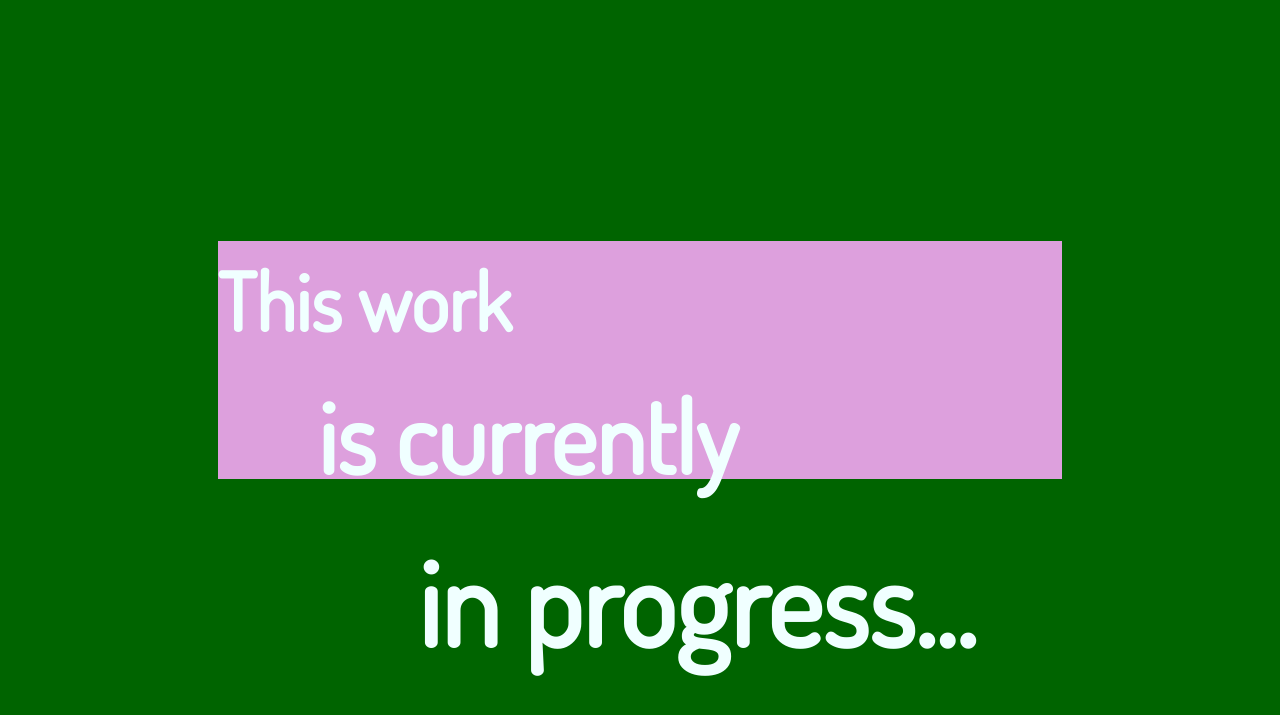
Repository: NollieChtn6/NollieChtn6.github.io
Page: index.html
An editor plug-in stored every save of this project. The page is shown before and after a run of saves, followed by the edit.
The browser window is 1280 px wide. The pictures show the whole page.

Above is the page before, as saved 2023-11-10 18:23:43.
Not found: css/assets/jakob-braun-NpeFMd8FseU-unsplash.jpg

After the next 2 saves:
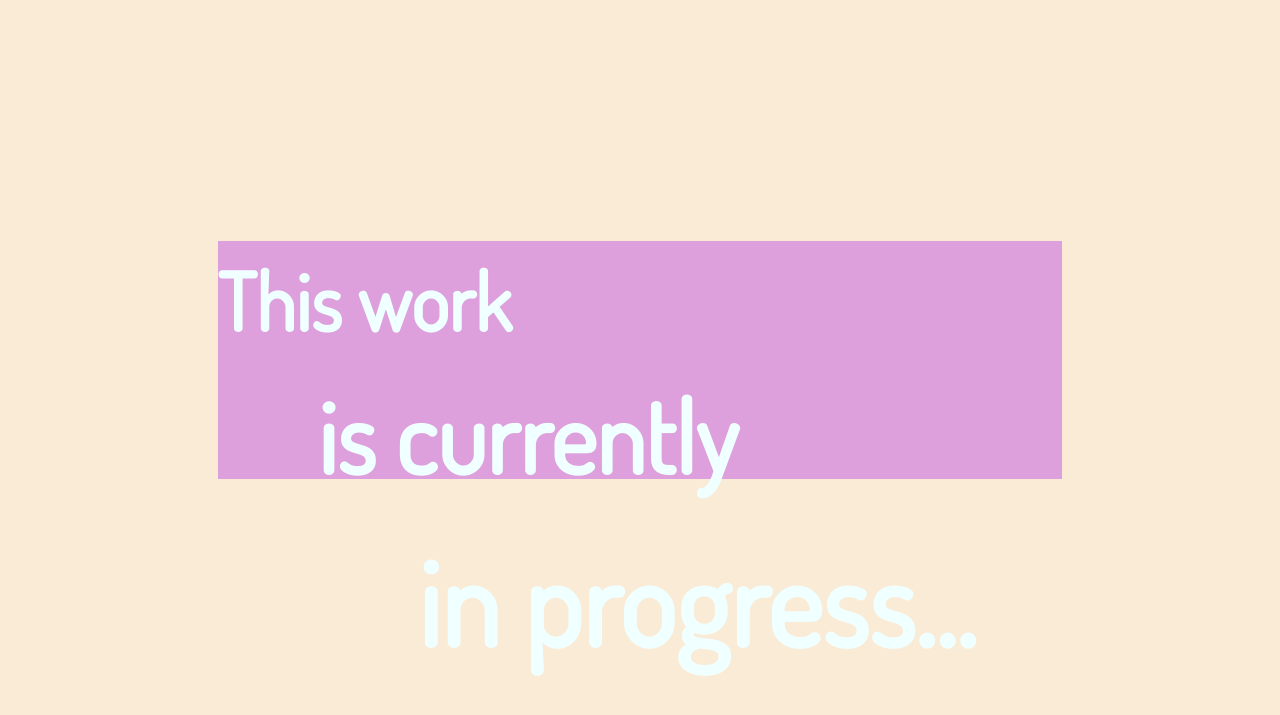
The 2 saves are shown as one change because they came seconds apart.
The last was saved 26 s later.
--- a/css/style.css
+++ b/css/style.css
@@ -36,13 +36,12 @@ h1 {
   background-color: antiquewhite;
   height: 100vh;
   width: 100vw;
-  background-image: url(assets/jakob-braun-NpeFMd8FseU-unsplash.jpg) ;
 }
 
 .main__content {
   display: flex;
   flex-direction: column;
-  background-color:darkgreen;
+  background-image: url(assets/jakob-braun-NpeFMd8FseU-unsplash.jpg);
   height: 100vh;
   width: 100vw;
   margin-top: auto;
